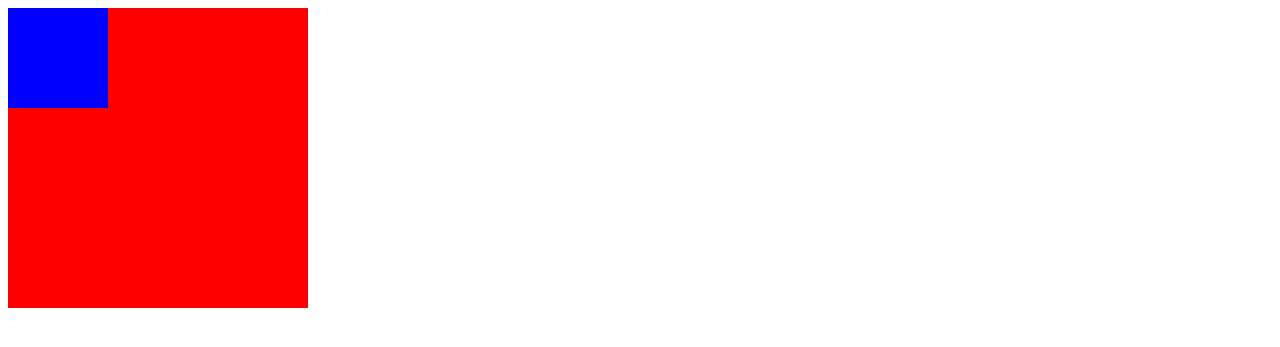
Repository: yofuu/caravan-chapter4
Page: box/box.html
The author's editor kept a record of every edit. The page is drawn from the files as they stood at one moment, then again after the next edit.
The browser window is 1280 px wide. The pictures show the whole page.

Above is the page before.

After the next edit:
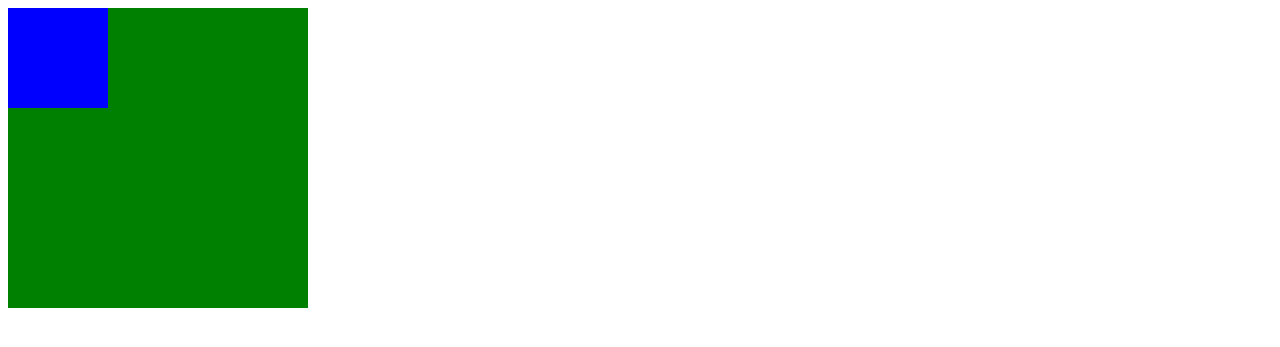
The edit:
--- a/box/box.css
+++ b/box/box.css
@@ -1,7 +1,7 @@
 .box1 {
   width: 300px;
   height: 300px;
-  background-color: #FF0000;
+  background-color: #008000;
 }
 
 .box2 {
